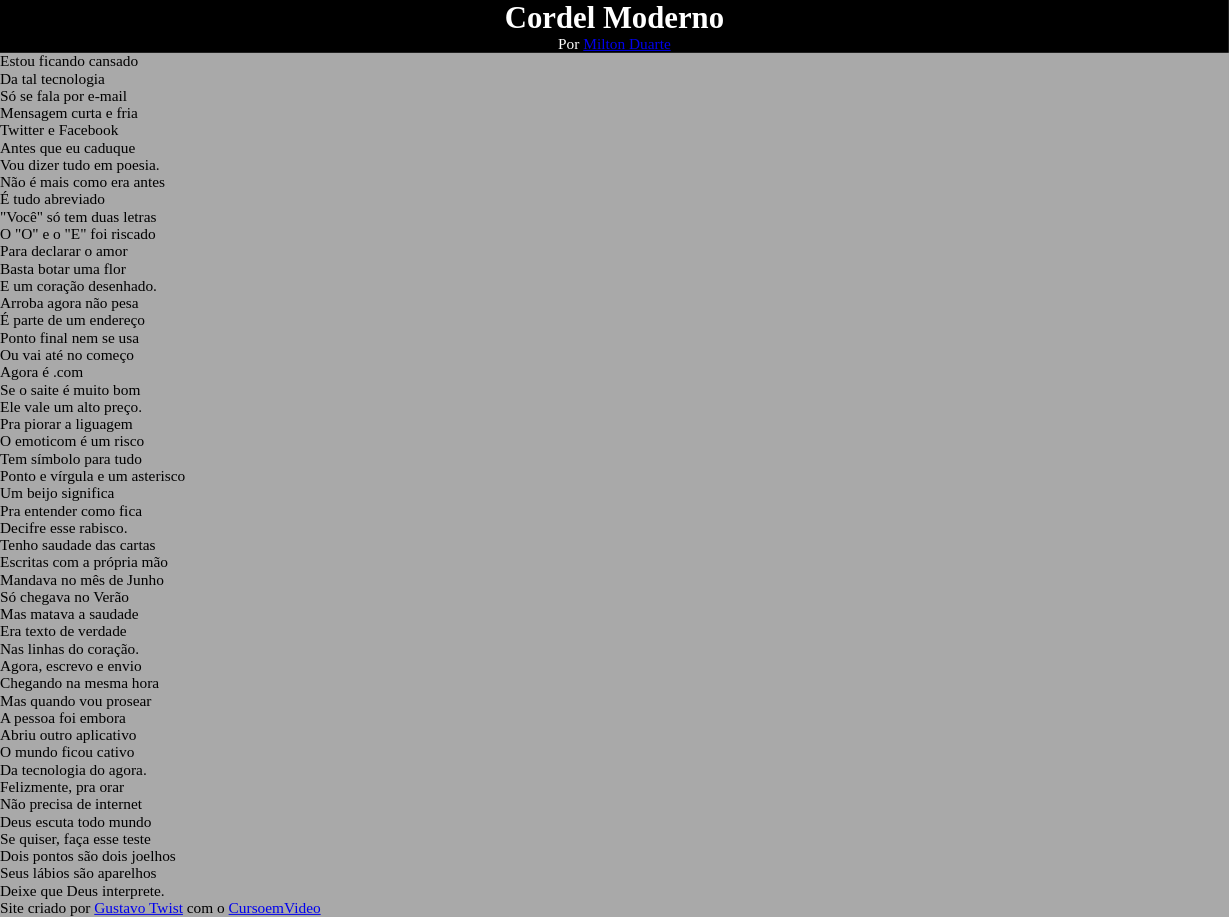
Repository: gustavotwist/projeto-cordel
Page: index.html
These files come from the project's save history. The page is drawn as it stood at one moment and after the next save; the edit follows.
The browser window is 1280 px wide. The pictures show the whole page, at 96% of full size.

Above is the page before, as saved 2024-04-19 13:42:47.

After the next save:
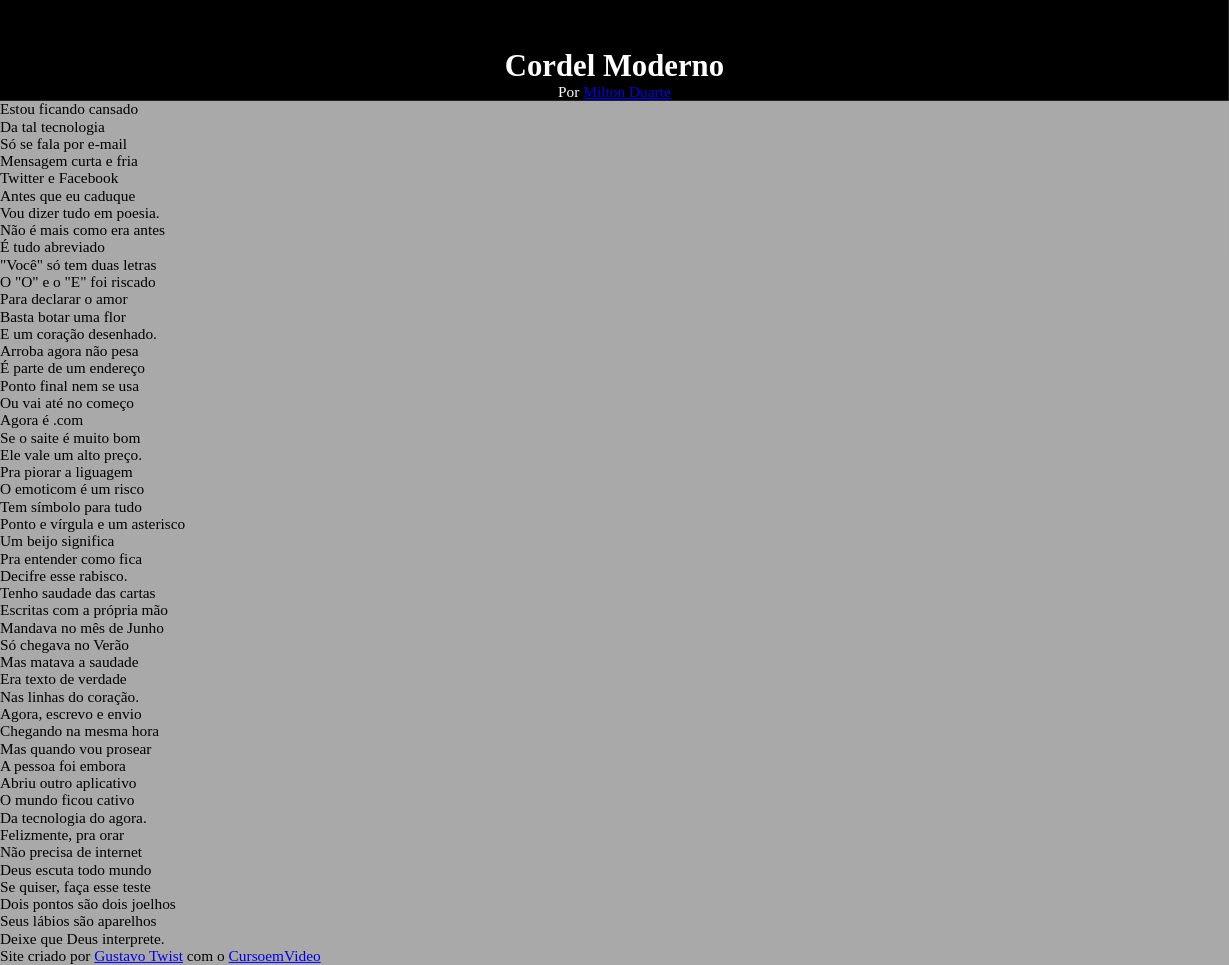
Saved 6 s later.
--- a/estilo/style.css
+++ b/estilo/style.css
@@ -17,5 +17,5 @@ header {
 }
 
 header > h1 {
-    padding-top: ;
+    padding-top: 50px;
 }
